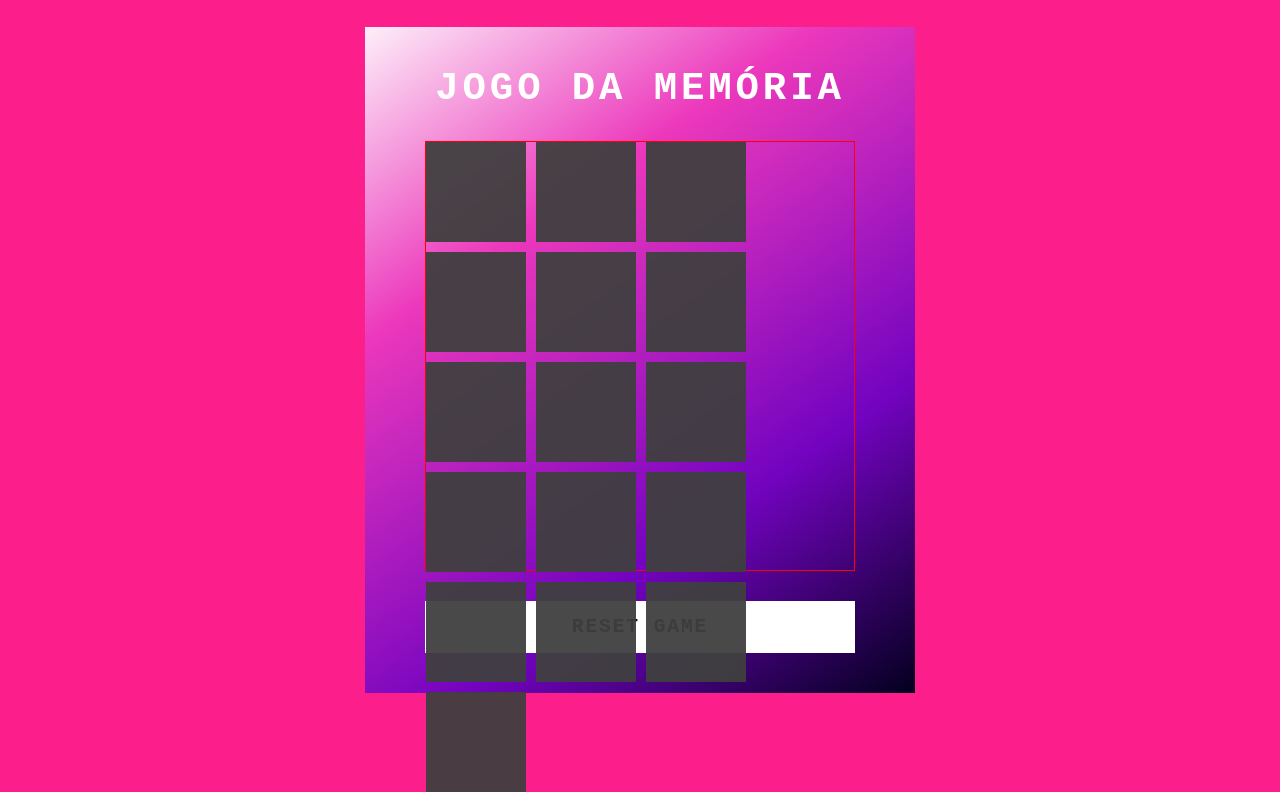
Repository: Zoemateus324/memory-game
Page: index.html
These files come from the project's save history. The page is drawn as it stood at one moment and after the next save; the edit follows.
The browser window is 1280 px wide. The pictures show the whole page.

Above is the page before, as saved 2024-11-27 09:15:37.

### index.html
<!DOCTYPE html>
<html lang="pt-br">

<head>
    <meta charset="UTF-8">
    <meta name="viewport" content="width=device-width, initial-scale=1.0">
    <title>Memory Game</title>
    <link rel="stylesheet" href="./src/styles/reset.css">
    <link rel="stylesheet" href="./src/styles/main.css">
</head>

<body>
    <div class="container">
        <h2>Jogo da Memória</h2>
        <div class="game">
        </div>
        <button class="reset" onclick="window.location.reload()">RESET GAME</button>
    </div>



    <script src="./src/scripts/engine.js" defer></script>
</body>

</html>

### src/styles/reset.css
*{
    margin:0;
    padding:0;
    outline:none;
    box-sizing:border-box;
    font-family:monospace;
}

### src/styles/main.css
body{
    display:flex;
    justify-content:center;
    align-items:center;
    min-height:100vh;
    background:#fc1e8a;

}


.container{
    position:relative;
    display:flex;
    flex-direction:column;
    justify-content:center;
    align-items:center;
    gap:30px;
    background:linear-gradient(
        325deg,
        #03001e 0%,
        #7303c0 30%,
        #ec38bc 70%,
        #fdeff9 100%
    );
    padding:40px 60px;
}


h2{
    font-size:3em;
    color: #fff;
    text-transform:uppercase;
    letter-spacing:0.1em;
}


.reset{
    padding:15px 20px;
    width:100%;
    color:#000;
    background-color:#fff;
    border:none;
    font-size:1.5em;
    letter-spacing:0.1em;
    text-transform:uppercase;
    cursor:pointer;
    font-weight:600;

}

.reset:focus{
    color:#ec38bc;
    background-color:#262809;
}


.game{
    width:430px;
    height:430px;
    border:1px solid red;
    display:flex;
    flex-wrap:wrap;
    gap:10px;
    transform-style:preserve-3d;
    perspective:500px;
}


.item{
    position:relative;
    width:100px;
    height:100px;
    opacity:95%;
    display:flex;
    align-items:center;
    justify-content:center;
    background-color:#fff;


    font-size:3em;
    transform:rotateY(180deg);
    transition:0.25s;
}

.item::after{
    content:"";
    position:absolute;
    inset:0;
    background:#404040;
    transition:0.25s;
    transform:rotateY(0deg);
    backface-visibility:hidden;
}

.item.boxOpen{
    transform:rotateY(0deg);
}

.boxOpen::after{
    transform:rotateY(180deg);
}
.boxMatch::after{
    transform:rotateY(180deg);
}

### src/scripts/engine.js
const emojis = [
    "😁",
    "😁",
    "😢",
    "😢",
    "😤",
    "😤",
    "🤡",
    "🤡",
    "👹",
    "👹",
    "🐵",
    "🐵",
    "🦄",
    "🦄",
    "🦁",
    "🦁"
];
let openCards = [];



let shuffleEmojis = emojis.sort(() => (Math.random() > 0.5 ? 2 : -1));



for (let i = 0; i < emojis.length; i++) {
    let box = document.createElement("div");
    box.className = "item";
    box.innerHTML = shuffleEmojis[i];
    box.onclick = handleClick;
    document.querySelector(".game").appendChild(box);
}


function handleClick() {
    if (openCards.length < 2) {
        this.classList.add("boxOpen");
        openCards.push(this);
    }

    if (openCards.length == 2) {
        setTimeout(checkMatch, 500);
    }
}

function checkMatch() {

    if (openCards[0].innerHTML === openCards[1].innerHTML) {
        openCards[0].classList.add("boxMatch");
        openCards[1].classList.add("boxMatch");
    } else {
        openCards[0].classList.remove("boxOpen");
        openCards[1].classList.remove("boxOpen");
    }



    openCards = [];

    if (document.querySelectorAll(".boxMatch").length === emojis.length) {
        alert("Você venceu o jogo!");
    }
}

After the next save:
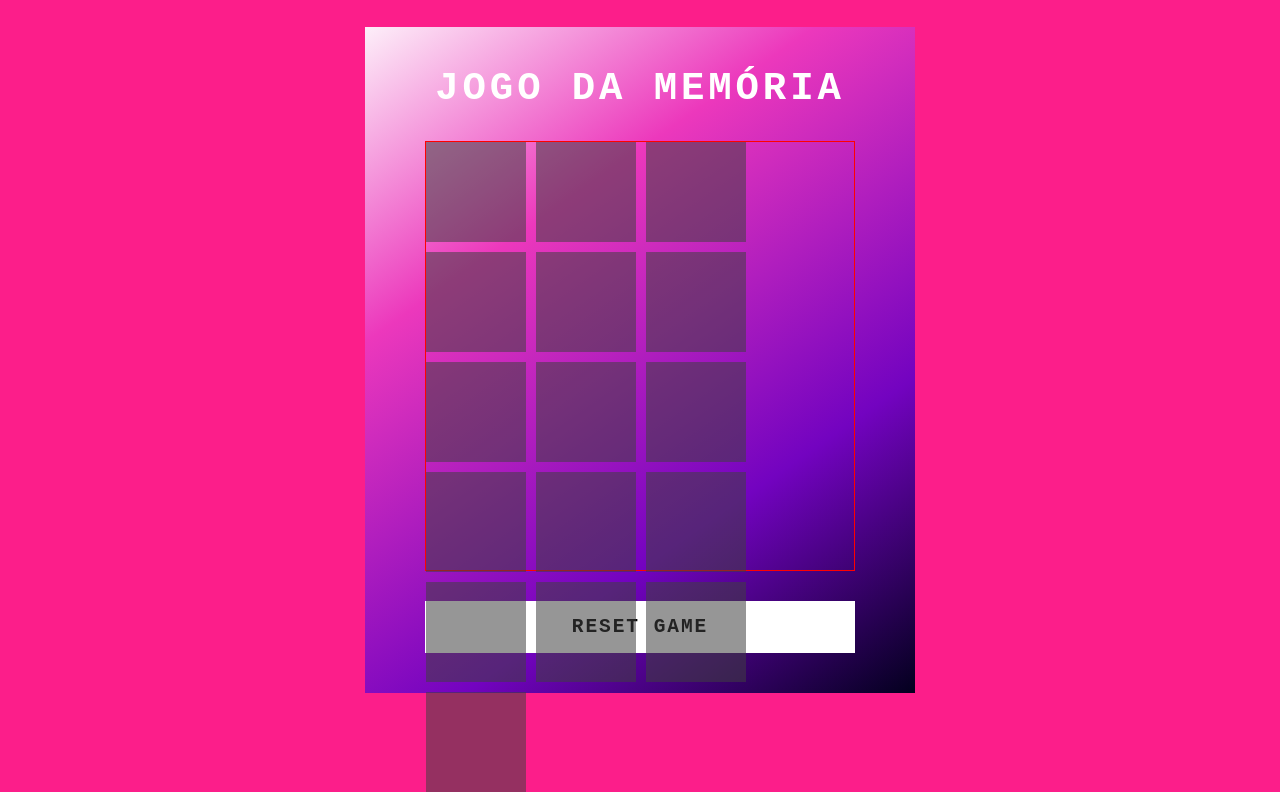
Saved 4 s later.
--- a/src/styles/main.css
+++ b/src/styles/main.css
@@ -70,7 +70,7 @@ h2{
     position:relative;
     width:100px;
     height:100px;
-    opacity:95%;
+    opacity:55%;
     display:flex;
     align-items:center;
     justify-content:center;
